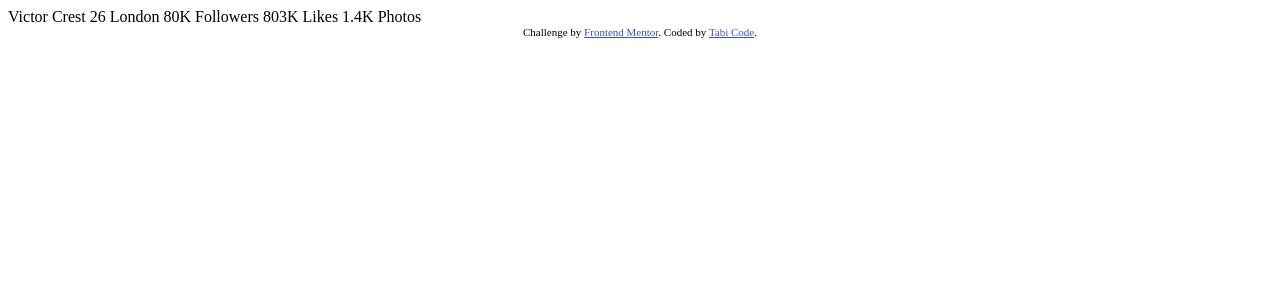
Repository: Tabinka/ProfileCardComponent
Page: index.html
These files come from the project's save history. The page is drawn as it stood at one moment and after the next save; the edit follows.
The browser window is 1280 px wide. The pictures show the whole page.
The style sheet was rebuilt from its Sass, Less or Tailwind sources for each picture, by a compiler version that may differ from the author's.

Above is the page before, as saved 2021-06-13 17:28:14.

After the next save:
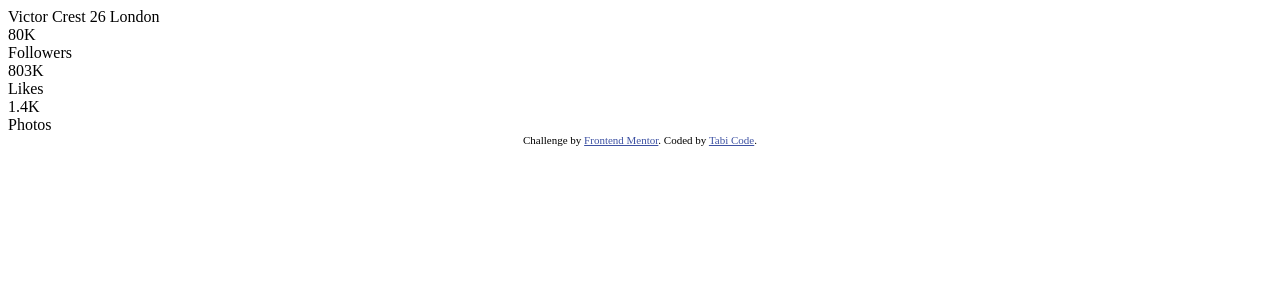
Saved 4 min 29 s later.
--- a/index.html
+++ b/index.html
@@ -16,18 +16,23 @@
   </style>
 </head>
 <body>
-  Victor Crest
-  26
-  London
 
-  80K
-  Followers
+  <div id="card">
+    <div class="top">
+      <div class="name">
+        Victor Crest 26
+        <span>London</span>
+      </div>
+    </div>
+    <div class="bottom">
+      <div class="stat">80K<br>Followers</div>
+      <div class="stat">803K<br>Likes</div>
+      <div class="stat">1.4K<br>Photos</div>
+    </div>
+  </div>
 
-  803K
-  Likes
 
-  1.4K
-  Photos
+
   <div class="attribution">
     Challenge by <a href="https://www.frontendmentor.io?ref=challenge" target="_blank">Frontend Mentor</a>.
     Coded by <a href="#">Tabi Code</a>.
